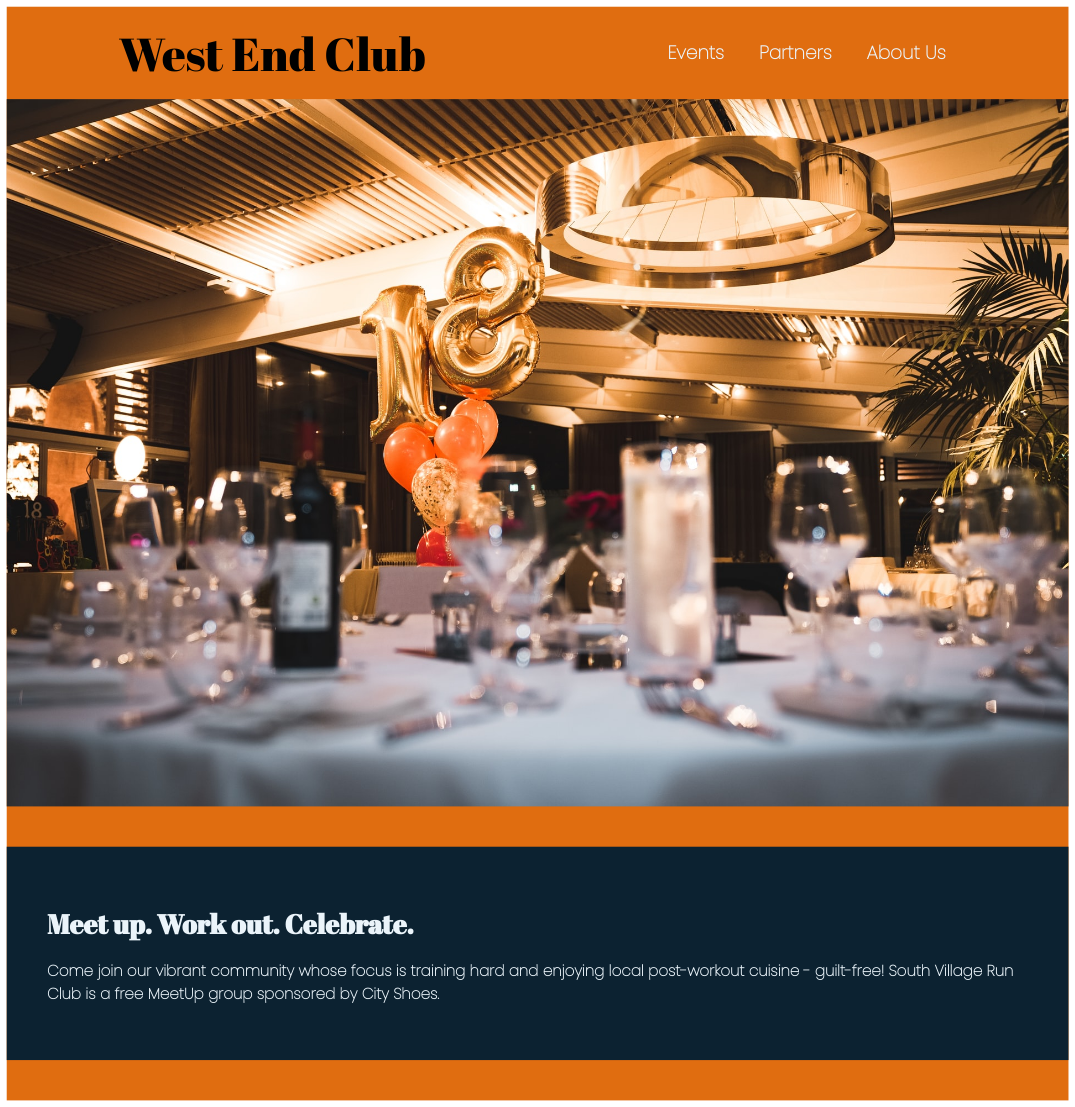
Repository: lastbronx41/lastbronx41.github.io
Page: starting/index.html
An editor plug-in stored every save of this project. The page is shown before and after a run of saves, followed by the edit.
The browser window is 1280 px wide. The pictures show the whole page, at 84% of full size.
Some web fonts or font styles are not loaded; a fallback is used.

Above is the page before, as saved 2022-07-19 04:45:15.

### starting/index.html
<!DOCTYPE html>

<html>
   <head>
      <meta charset="utf-8">
      <title>Our Club</title>
      <link rel="stylesheet" href="./styles.css" type="text/css">
      <link rel="preconnect" href="https://fonts.googleapis.com">
      <link rel="preconnect" href="https://fonts.gstatic.com" crossorigin>
      <link href="https://fonts.googleapis.com/css2?family=Abril+Fatface&family=Slabo+13px&family=Space+Mono&display=swap" rel="stylesheet">
      <link rel="preconnect" href="https://fonts.googleapis.com">
      <link rel="preconnect" href="https://fonts.gstatic.com" crossorigin>
      <link href="https://fonts.googleapis.com/css2?family=Abril+Fatface&family=Poppins:wght@100&family=Slabo+13px&family=Space+Mono&display=swap" rel="stylesheet">
   </head>

   <body>

      <div class="header">
         <div id="title">West End Club</div>
         <div>
            <ul class="links">
               <a href>
                  <li class="nav">Events</li>
               </a>
               <a href>
                  <li class="nav">Partners</li>
               </a>
               <a href>
                  <li class="nav">About Us</li>
               </a>
            </ul>
         </div>
      </div>

      <div id="cover-photo">
         <img src="./resources/cover-photo.jpg"/>
         <div class="main-text">
            <h1>Meet up. Work out. Celebrate.</h1>
               <p>Come join our vibrant community whose focus is training hard and enjoying local post-workout cuisine - guilt-free! South Village Run Club is a free MeetUp group sponsored by City Shoes.
               </p>

         </div>
      </div>



   </body>
</html>

### starting/styles.css
.header {
   display: flex;
   justify-content: space-around;
   background-color: #E06D10;
   align-items: center;
   padding: 1rem
}

#title {
   font-size: 55px;
   font-family: 'Abril Fatface', cursive;
}

.links, .links a {
   display: inline-flex;
   flex-wrap: wrap;
   justify-content: flex-end;
   list-style-type: none;
   gap: 1rem;
   text-decoration-line: none;
}

.nav {
   font-size: 22px;
   font-family: 'Poppins', sans-serif;
   font-weight: bolder;
   border-radius: 34%;
   padding: 0.4rem 0.8rem;
   color: #EBF4FA;
}

.nav:hover {
   color: #E06D10;
   background-color: black;
}

#cover-photo {
   display: flex;
   flex-direction: column;
   background-color: #E06D10;
}

#cover-photo img {
   max-width: 100%;
}
.main-text {
   background-color: #0C2231;
   color: #EBF4FA;
   margin: 3rem auto;
   padding: 3rem 3rem 3rem 3rem;
}

.main-text h1 {
   font-family: 'Abril Fatface', cursive;
}

.main-text p {
   font-family: 'Poppins', sans-serif;
   font-size: 18px;
   font-weight: bolder;
}

After the next 2 saves:
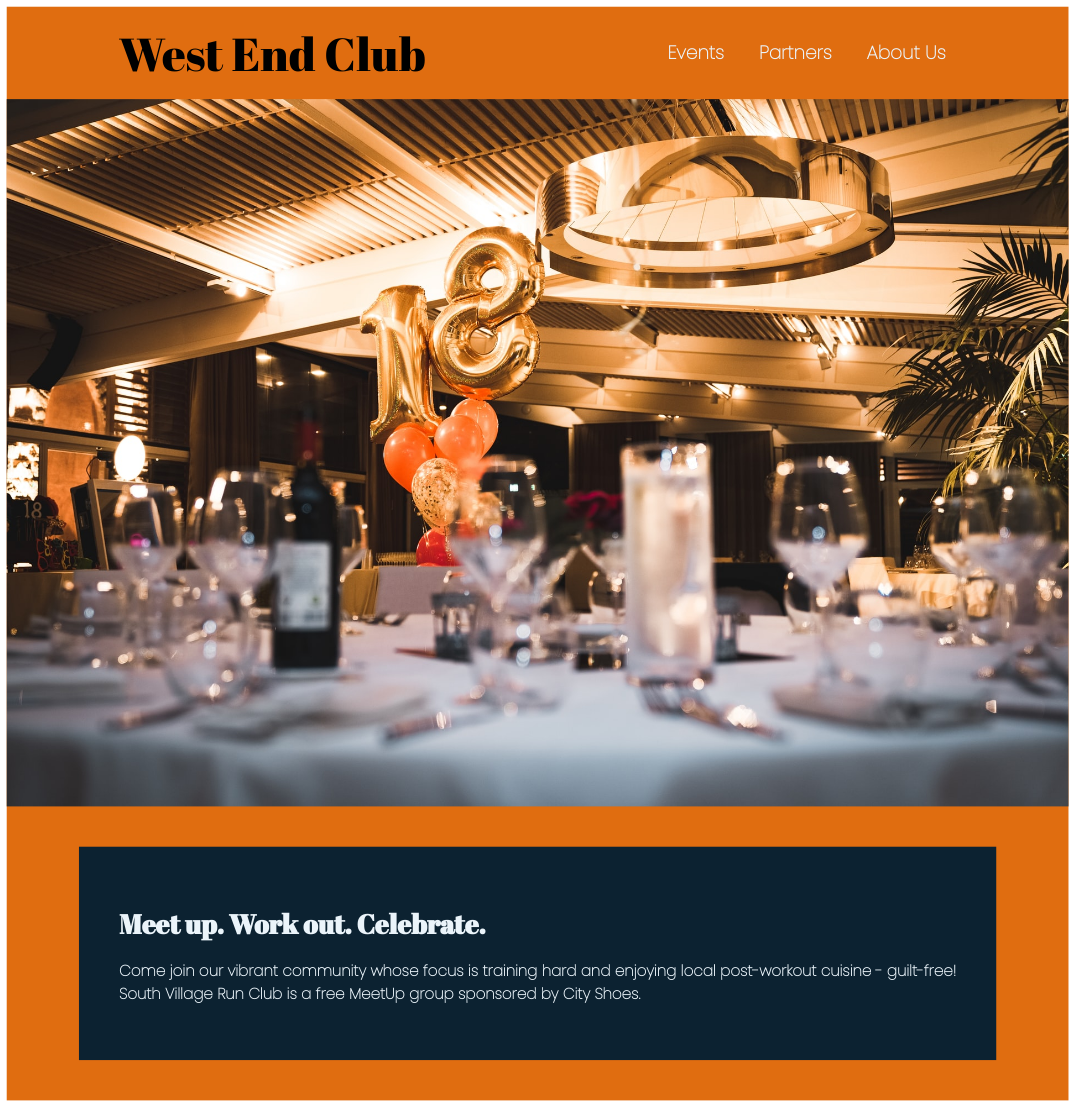
The 2 saves are shown as one change because they came seconds apart.
The last was saved 39 s later.
--- a/starting/index.html
+++ b/starting/index.html
@@ -36,7 +36,7 @@
          <img src="./resources/cover-photo.jpg"/>
          <div class="main-text">
             <h1>Meet up. Work out. Celebrate.</h1>
-               <p>Come join our vibrant community whose focus is training hard and enjoying local post-workout cuisine - guilt-free! South Village Run Club is a free MeetUp group sponsored by City Shoes.
+               <p>Come join our vibrant community whose focus is training hard and enjoying local post-workout cuisine - guilt-free!<br> South Village Run Club is a free MeetUp group sponsored by City Shoes.
                </p>
 
          </div>

After the save that followed:
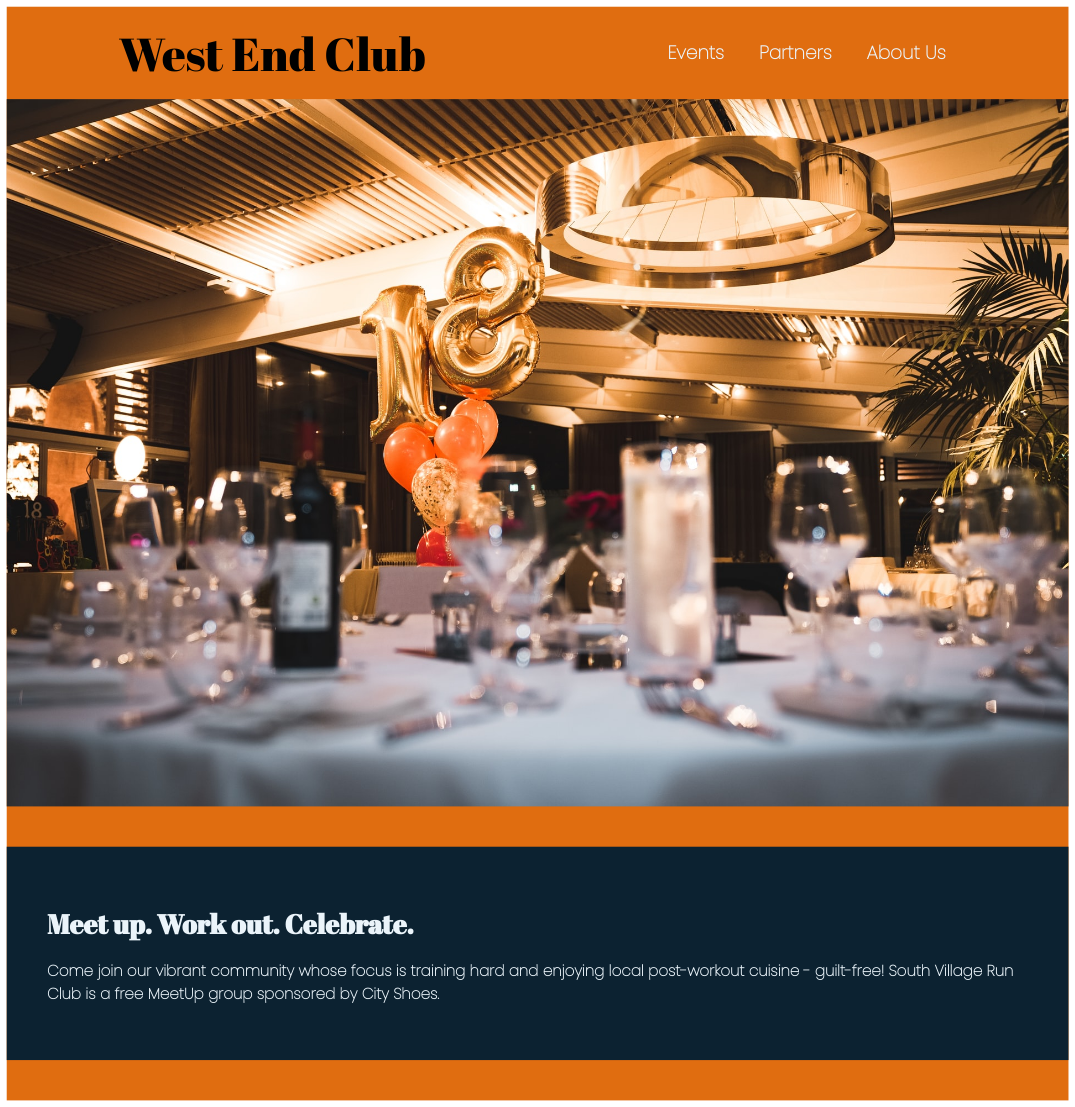
Saved 25 s later.
--- a/starting/index.html
+++ b/starting/index.html
@@ -36,7 +36,7 @@
          <img src="./resources/cover-photo.jpg"/>
          <div class="main-text">
             <h1>Meet up. Work out. Celebrate.</h1>
-               <p>Come join our vibrant community whose focus is training hard and enjoying local post-workout cuisine - guilt-free!<br> South Village Run Club is a free MeetUp group sponsored by City Shoes.
+               <p>Come join our vibrant community whose focus is training hard and enjoying local post-workout cuisine - guilt-free! South Village Run Club is a free MeetUp group sponsored by City Shoes.
                </p>
 
          </div>
